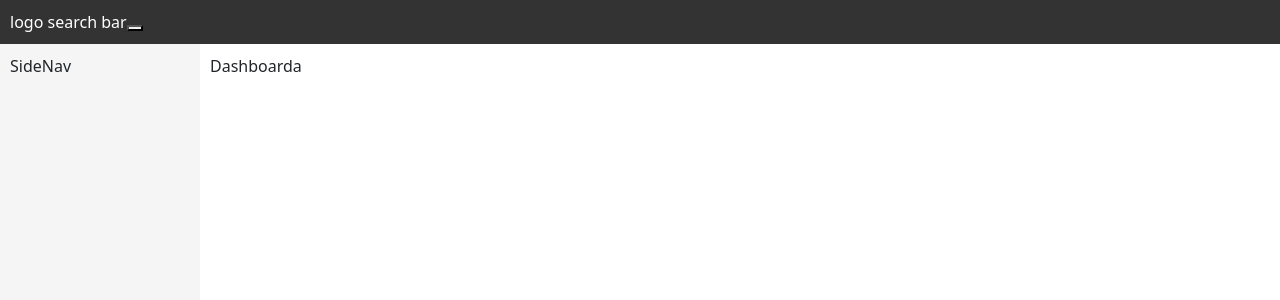
Repository: UNSWSpotFinder/SpotFinder
Page: /dashboard (app in frontend/)
An editor plug-in stored every save of this project. The page is shown before and after a run of saves, followed by the edit.
The browser window is 1280 px wide. The pictures show the whole page.
The project was rebuilt for these pictures with package versions that can differ from the ones it lists, and the page was loaded fresh each time. Also part of the build but not shown: frontend/src/HomePage.css, frontend/src/Login.css, frontend/src/Login.jsx, frontend/src/Regist.css, frontend/src/Regist.jsx, frontend/src/HomePage.jsx, frontend/src/App.css, frontend/src/components/Bookings.jsx and 3 more.

Above is the page before, as saved 2024-03-09 17:22:08.

After the next 2 saves:
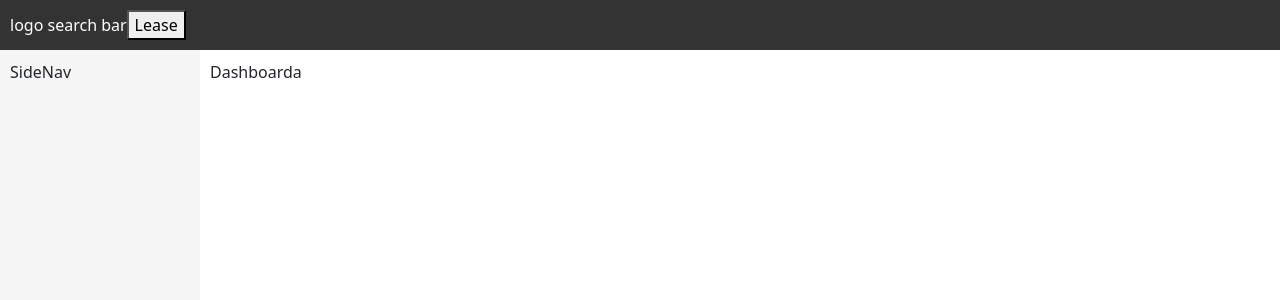
The 2 saves are shown as one change because they came seconds apart.
The last was saved 10 s later.
--- a/frontend/src/components/DashboardTop.jsx
+++ b/frontend/src/components/DashboardTop.jsx
@@ -8,7 +8,7 @@ const DashboardTop = () => {
       <div className="top-nav">
         <span>logo </span>
         <span>search bar</span>
-        <button></button>
+        <button>Lease</button>
 
       </div>
       <div className="content-area">
